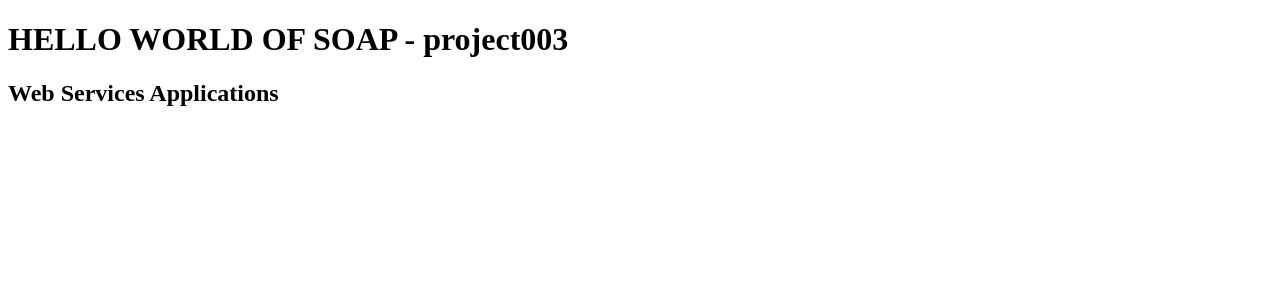
Repository: atafs/BackEnd_JAX-JAX-WS_SOAP
Page: http://localhost/Project_003_SOAP_server_ServiceAndContractFirst/
The author's editor kept a copy of each file at every save. The page is drawn from the files as they stood at one save, then again after the next save.
The browser window is 1280 px wide. The pictures show the whole page.
The page is served by Tomcat 9. Other server files are loaded and not shown.

Above is the page before, as saved 2016-01-26 10:46:18.

### Project_003_SOAP_server_ServiceAndContractFirst/WebContent/index.jsp
<%@ page language="java" contentType="text/html; charset=ISO-8859-1"
    pageEncoding="ISO-8859-1"%>
<!DOCTYPE html PUBLIC "-//W3C//DTD HTML 4.01 Transitional//EN" "http://www.w3.org/TR/html4/loose.dtd">
<html>
<head>
<meta http-equiv="Content-Type" content="text/html; charset=ISO-8859-1">
<title>TEST_MART SERVICE</title>
</head>
<body>
	<h1>HELLO WORLD OF SOAP - project003</h1>
	<h2>Web Services Applications</h2>

</body>
</html>

After the next save:
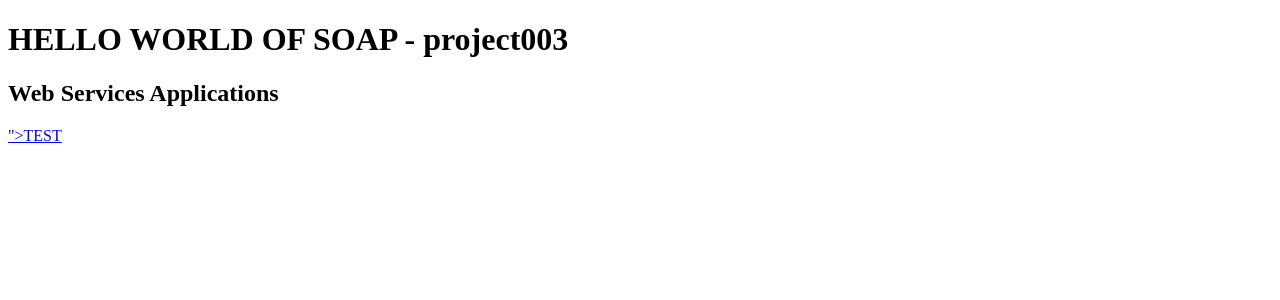
Saved 2 min 38 s later.
--- a/Project_003_SOAP_server_ServiceAndContractFirst/WebContent/index.jsp
+++ b/Project_003_SOAP_server_ServiceAndContractFirst/WebContent/index.jsp
@@ -10,5 +10,7 @@
 	<h1>HELLO WORLD OF SOAP - project003</h1>
 	<h2>Web Services Applications</h2>
 
+	<a href="<c:url value="/jsp/index.htm"/>">TEST</a>
+
 </body>
 </html>
